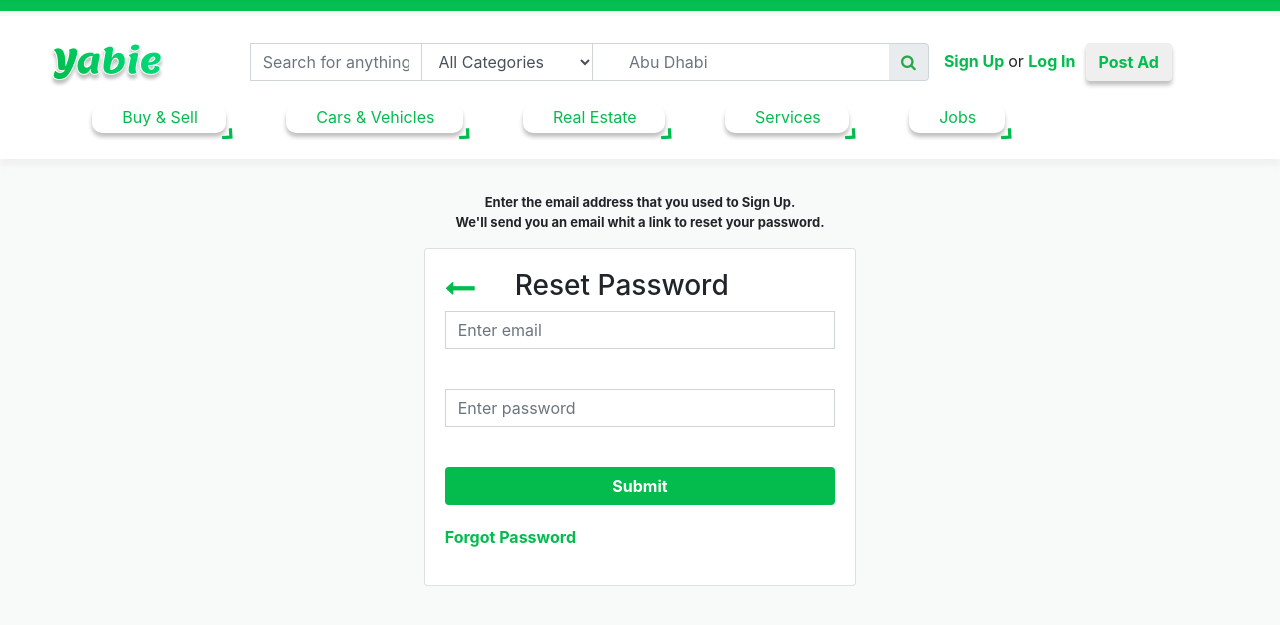
Repository: muazzamkha95/yabie
Page: forgot-password.html
The author's editor kept a copy of each file at every save. The page is drawn from the files as they stood at one save, then again after the next save.
The browser window is 1280 px wide. The pictures show the whole page.

Above is the page before, as saved 2020-07-09 16:01:25.
Console error: TypeError: Cannot read properties of undefined (reading 'fn')

### forgot-password.html
<!DOCTYPE html>
<html lang="en">
<head>
    <meta charset="UTF-8">
    <meta name="viewport" content="width=device-width, initial-scale=1.0">
    <title>SignUp Page</title>

    <link rel="stylesheet" href="https://maxcdn.bootstrapcdn.com/bootstrap/4.0.0/css/bootstrap.min.css" integrity="sha384-Gn5384xqQ1aoWXA+058RXPxPg6fy4IWvTNh0E263XmFcJlSAwiGgFAW/dAiS6JXm" crossorigin="anonymous">
    <link rel="stylesheet" href="https://stackpath.bootstrapcdn.com/font-awesome/4.7.0/css/font-awesome.min.css" integrity="sha384-wvfXpqpZZVQGK6TAh5PVlGOfQNHSoD2xbE+QkPxCAFlNEevoEH3Sl0sibVcOQVnN" crossorigin="anonymous">
    <link href="css/main.css"  rel="stylesheet"></link>


</head>
<body>
        <div class="topBar"></div>
        <nav class="navbar">
            <div class="maincontainer">
                <div class="row">
                        <div class="col-md-2">
                            <img src="images/YabieLogo.png" alt="Yabie Logo" class="logo"/>
                        </div>
                        <div class="col-md-7">
                            <form class="form-inline" action="#">
                                <div class="input-group">
                                    <input type="text" class="form-control" placeholder="Search for anything" required>
                                    <select class="form-control border-right-0" required>
                                        <option>All Categories</option>
                                        <option value="a">A</option>
                                        <option value="b">B</option>
                                    </select>
                                    <div class="input-group">
                                        <div class="input-group-append">
                                            <span class="input-group-text bg-white text-success border-right-0"><i class="fa fa-map-marker-alt"></i></span>
                                        </div>
                                        <input type="text" class="form-control border-left-0 border-right-0" placeholder="Abu Dhabi" required>
                                        <div class="input-group-append">
                                            <button type="submit" class="input-group-text"><i class="fa fa-search text-success"></i></button>
                                        </div>
                                    </div>
                                </div>
                            </form>
                        </div>
                        <div class="col-md-3" >
                            <div class="row text-center">
                                <span style="padding-top: 6px;">
                                    <span class="btext"> Sign Up </span>  or <span class="btext">Log In</span>
                                </span>

                                <button class="btn btn-default btext pull-right boxshadow" style="margin-left: 10px;">Post Ad</button>
                            </div>
                        </div>

                </div>
                <div class="row mt-3" >
                    <span class="categoryTab">Buy & Sell <i class="keyboard_arrow_down_24px_rounded fa fa-chevron-right "></i></span>
                    <span class="categoryTab">Cars & Vehicles  <i class="keyboard_arrow_down_24px_rounded fa fa-chevron-right "></i></span>
                    <span class="categoryTab">Real Estate <i class="keyboard_arrow_down_24px_rounded fa fa-chevron-right "></i></span>
                    <span class="categoryTab">Services <i class="keyboard_arrow_down_24px_rounded fa fa-chevron-right "></i></span>
                    <span class="categoryTab">Jobs <i class="keyboard_arrow_down_24px_rounded fa fa-chevron-right "></i></span>
                </div>
            </div>
        </nav>

        <main  role="main" class="mainSection">
            <div class="container d-flex justify-content-center" >
                    <div class="col-md-5">
                        <p style="font-size:small; font-weight: bold;" class="text-center">Enter the email address that you used to Sign Up.<br> We'll send you an email whit a link to reset your password.</p>
                        <div class="card" style="padding: 20px;">
                            <div class="row">
                                <div class="col-md-2">
                                    <a href="login.html"><i class="fa fa-long-arrow-left back-arr mt-1"></i></a>
                                </div>
                                <div class="col-md-10 ">
                                    <h3>Reset Password</h3>
                                </div>
                            </div>
                            <div class="row">
                                <div class="col-md-12">
                                    <form action="/action_page.php">
                                        <div class="form-group">

                                          <input type="email" class="form-control" id="email" placeholder="Enter email" name="email">
                                        </div>
                                        <br/>
                                        <div class="form-group">

                                          <input type="password" class="form-control" id="pwd" placeholder="Enter password" name="pwd">
                                        </div>
                                        <br/>
                                        <button type="submit" class="btn btn-default login-btn">Submit</button>

                                        <div class="form-group" style="margin-top: 20px;">
                                            <a href="#">Forgot Password</a>
                                          </div>
                                      </form>
                                </div>
                            </div>
                        </div>
                    </div>

            </div>

        </main>


</body>
<script src="https://maxcdn.bootstrapcdn.com/bootstrap/4.0.0/js/bootstrap.min.js" integrity="sha384-JZR6Spejh4U02d8jOt6vLEHfe/JQGiRRSQQxSfFWpi1MquVdAyjUar5+76PVCmYl" crossorigin="anonymous"></script>
<script src="js/main.js" type="text/javascript"></script>
</html>

### css/main.css
/* Body */
*{
    padding: 0;
    margin: 0;
}
body{
    background: #F8F9F9;

}
a{
    color: #04BC4E;
    text-decoration: none;
    font-weight: bold;
}
a:hover{
    color: ;
}

/* Main navbar css */

.topBar{

    position: absolute;
    width: 100%;
    height: 11px;
    left: 0px;
    top: 0px;

    background: linear-gradient(180deg, #04BC4E 0%, #15D57B 537.5%);
}


nav{
    position: absolute;
    width: 100%;
    height: 143px;
    left: 0px;
    top: 16px;
    background: #FFFFFF;
    box-shadow: 0px 6px 6px rgba(219, 214, 214, 0.25);
    padding-top: 20px;
}

.maincontainer{
    width: 95%;
    margin-left:auto;
    margin-right: auto;
}

.logo{
    height: 100;
}
.btext{
    font-weight: bold;
    color: #04BC4E;
}
.light-text{
    color:lightgray;
}
.light-note-text{
    font-size: 12px;
    color:lightgray;
}

.boxshadow{
    box-shadow: 0px 4px 4px rgba(0, 0, 0, 0.25);
}

.categoryTab{
    display: inline;
    box-shadow: 0px 4px 4px rgba(0, 0, 0, 0.25);
    background-color: #FFFFFF;
    color: #04BC4E;
    border-radius: 10px;
    margin-left: 60px;
    padding-left: 30px;


}
.keyboard_arrow_down_24px_rounded{
    position: relative;
    width: 24px;
    height: 24px;
    left:17px;
    top: 22px;
    transform: rotate(41.5deg);

}

/* Main section  */

.mainSection{
    width: 90%;
    margin-left: auto;
    margin-right: auto;
    margin-top: 50px;



}


.sectionTitle{

    font-family:sans-serif;
    font-style: normal;
    font-weight: 500;
    font-size: 24px;
    line-height: 29px;

    color: #3E4153;
}
.sectionSeeAll{
    color: #04BC4E;
    margin-right: 20px;
}
/* Ad card  */

.adcard{
    background: #FFFFFF;
    padding: 10px;
    margin-right: 21.85px;
    width: 177px;
}
.adTitle{
    font-family: sans-serif;
    font-style: normal;
    font-weight: bold;
    font-size: 16px;
    line-height: 19px;
    color: #000000;
    margin-top: 20px;
}
.adPrice{
    position: relative;
    width: 81px;
    height: 33px;
    left: -160px;
    top: 60px;
    padding: 5px;

    background: #4F4A4A;
    mix-blend-mode: hard-light;
    border-radius: 0px 10px 10px 0px;
    z-index: 999;
}

/* Login Page */

.mainSectionLogin{

    height: 100vh;
    background: linear-gradient(257.12deg, #04BC4E 56.95%, #15D57B 84.28%);
}
.login-btn{
    width: 100%;
    background-color:  #04BC4E;
    color: white;
    font-weight: bold;
}

input{
    border-radius: 0 !important;
    /* margin: 40px 0px 40px 0px; */
}

/* Email Confirmation Page */
.confirm-head{
    background: linear-gradient(180deg, #04BC4E 15.92%, #15D57B 113.67%);
    height: 87px;
}
.confirm-body{
    background:#FFFFFF;
    height: 60vh;
    padding: 50px 20px 50px 20px;
}

.confirm-head > h2{
    color: white;
    padding-top: 20px;
}

.back-arr{
    font-size: 30px;
    color:#04BC4E;
}

Loaded but not shown: js/main.js (no stored copy; drawn as an empty file)

After the next save:
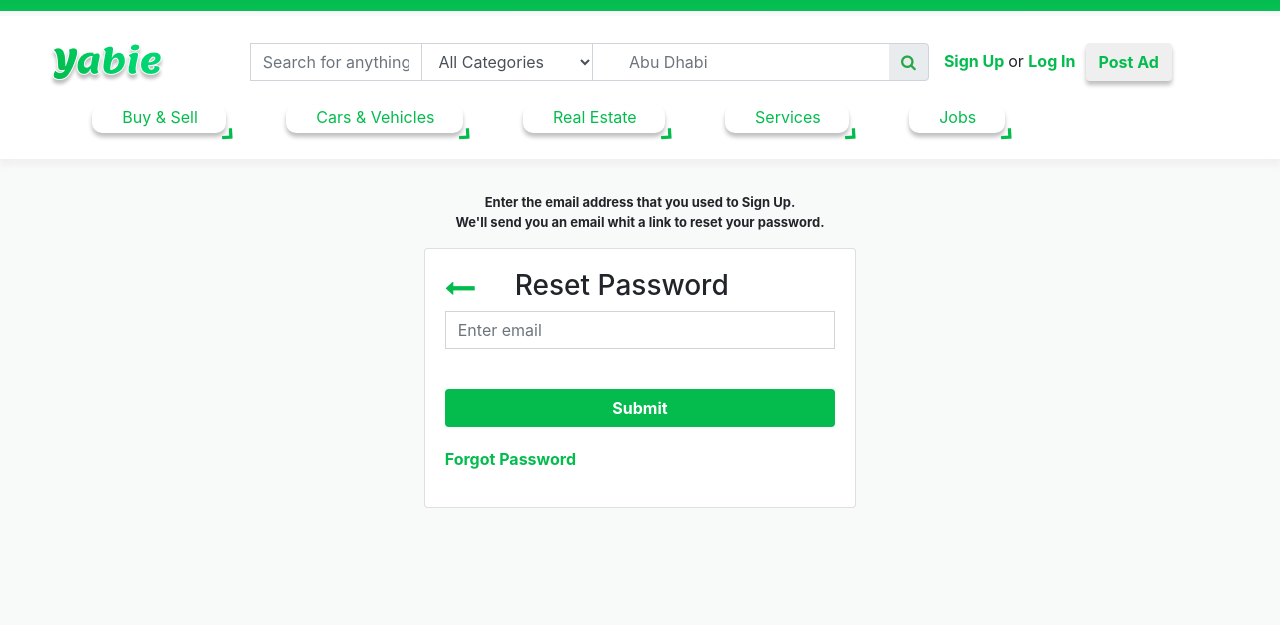
Saved 13 s later.
--- a/forgot-password.html
+++ b/forgot-password.html
@@ -82,11 +82,7 @@
                                           <input type="email" class="form-control" id="email" placeholder="Enter email" name="email">
                                         </div>
                                         <br/>
-                                        <div class="form-group">
 
-                                          <input type="password" class="form-control" id="pwd" placeholder="Enter password" name="pwd">
-                                        </div>
-                                        <br/>
                                         <button type="submit" class="btn btn-default login-btn">Submit</button>
 
                                         <div class="form-group" style="margin-top: 20px;">
